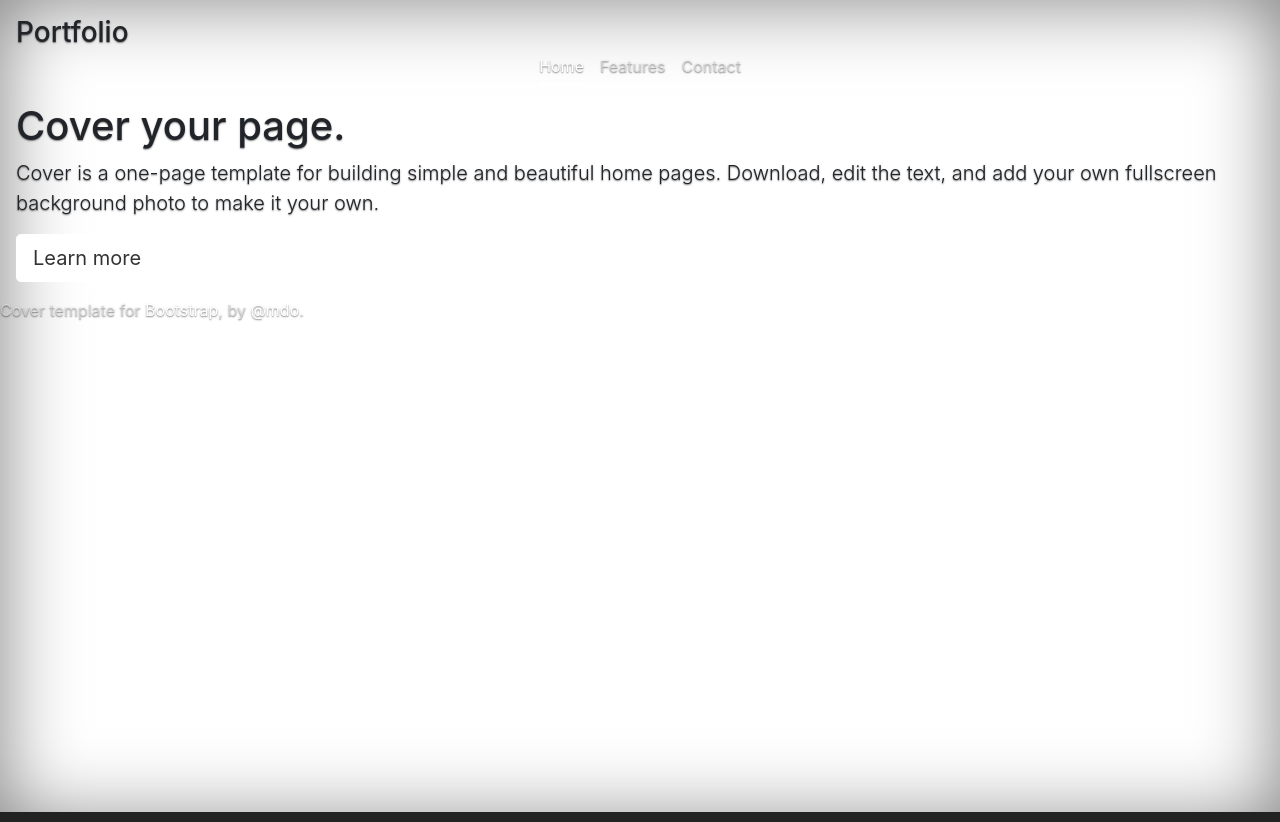
Repository: Shlahla48/zaio-bootstrap-portfolio
Page: index.html
These files come from the project's save history. The page is drawn as it stood at one moment and after the next save; the edit follows.
The browser window is 1280 px wide. The pictures show the whole page.

Above is the page before, as saved 2022-10-10 14:28:23.

After the next save:
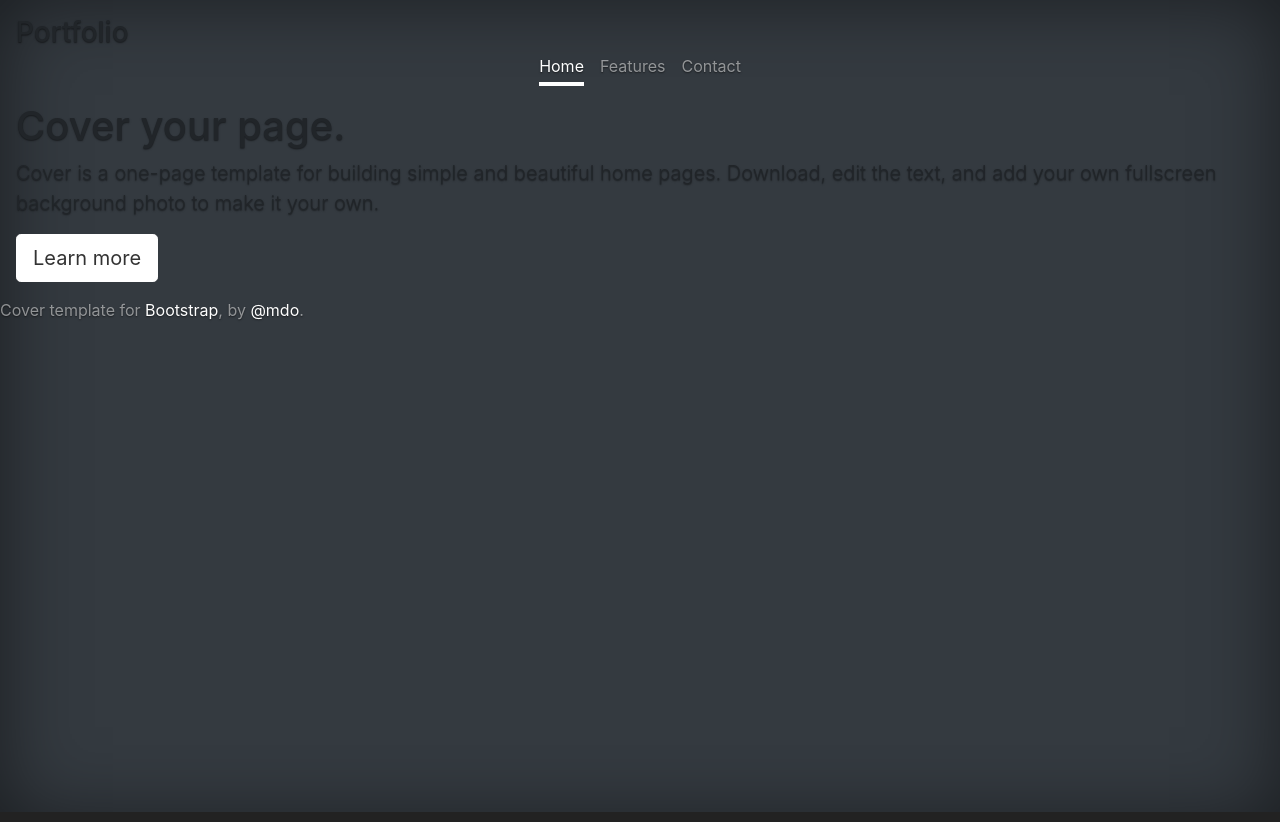
Saved 18 s later.
--- a/index.html
+++ b/index.html
@@ -72,7 +72,7 @@
     <!-- Custom styles for this template -->
     <link href="cover.css" rel="stylesheet">
   </head>
-  <body class="">
+  <body class="bg-dark">
 
 
   <header class="p-3">
